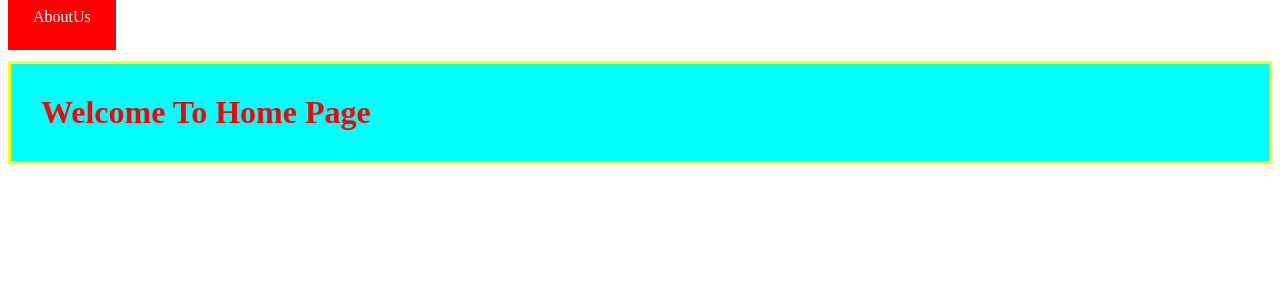
Repository: Raviteja6671/Django
Page: myProject/basic/templates/home.html
These files come from the project's save history. The page is drawn as it stood at one moment and after a run of saves; the edit follows.
The browser window is 1280 px wide. The pictures show the whole page.

Above is the page before, as saved 2025-12-07 20:04:09.

After the next 2 saves:
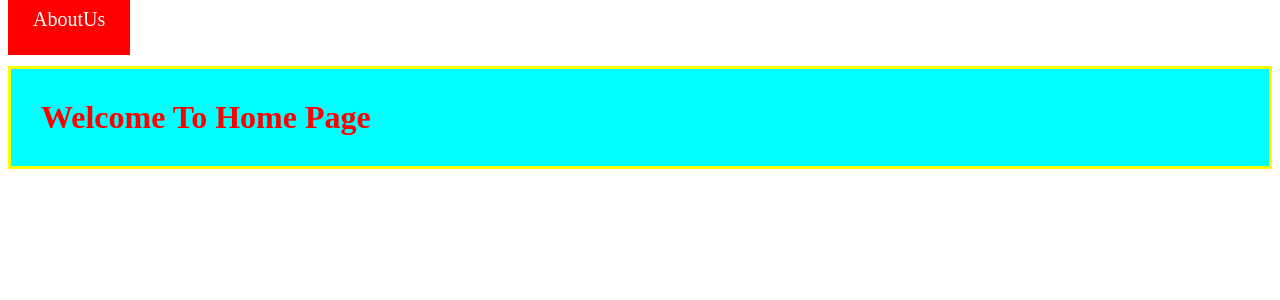
The 2 saves are shown as one change because they came seconds apart.
The last was saved 6 s later.
--- a/myProject/basic/templates/home.html
+++ b/myProject/basic/templates/home.html
@@ -18,7 +18,7 @@
             background-color: red;
             color: white;
             padding: 25px;
-            font
+            font-size: 20px;
         }
     </style>
 
